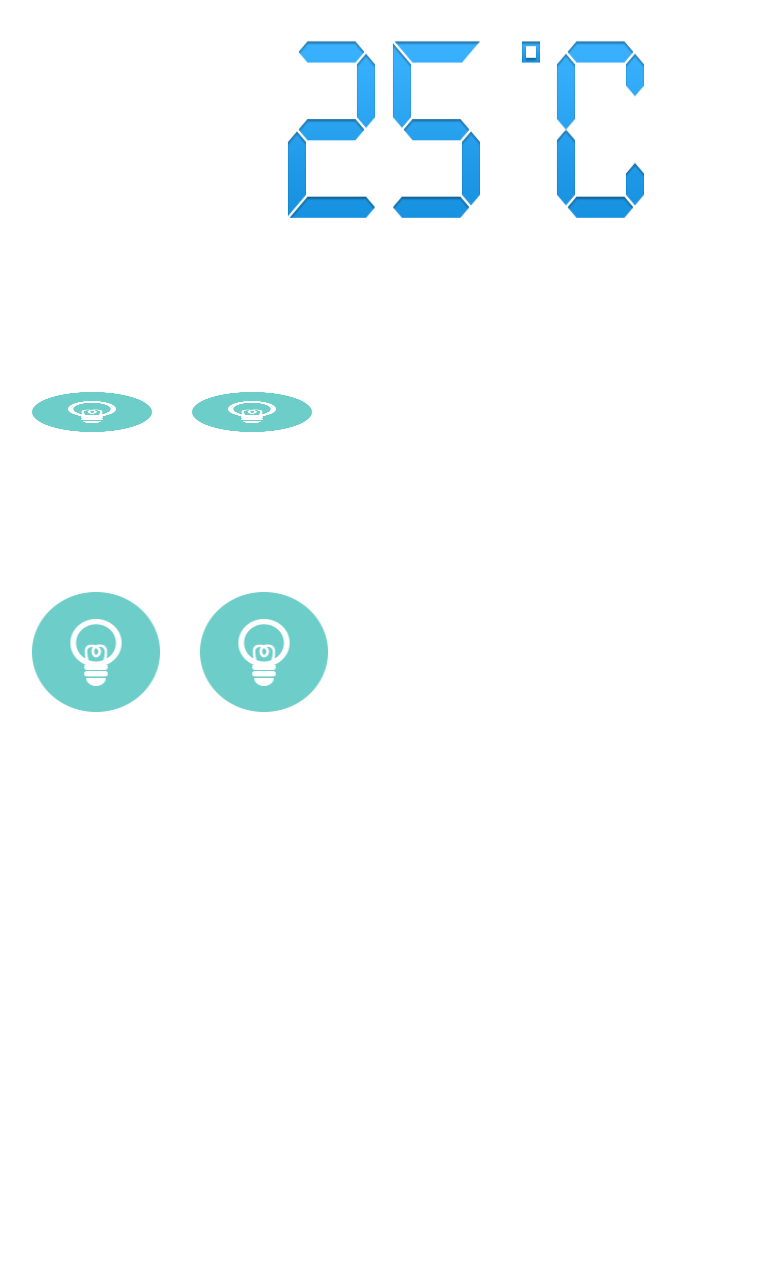
Repository: MyungSinKim/mqtt-demo
Layout: cloud2-demo/res/layout/main.xml
An editor plug-in stored every save of this project. The layout is shown before and after the next save, followed by the edit.
It is drawn on a 768 x 1280 px phone screen (xhdpi) without system bars, with theme AppTheme; the app's code is not run.

Above is the layout before, as saved 2015-11-02 05:09:24.

### cloud2-demo/res/layout/main.xml
<RelativeLayout xmlns:android="http://schemas.android.com/apk/res/android"
    android:layout_width="match_parent"
    android:layout_height="match_parent"
    android:layout_gravity="center_horizontal"
    android:paddingBottom="@dimen/activity_vertical_margin"
    android:paddingLeft="@dimen/activity_horizontal_margin"
    android:paddingRight="@dimen/activity_horizontal_margin"
    android:paddingTop="@dimen/activity_vertical_margin" >

    <RelativeLayout
        android:id="@+id/rl1"
        android:layout_width="match_parent"
        android:layout_height="100dp" >

        <ImageView
            android:id="@+id/temperture_iv"
            android:layout_width="wrap_content"
            android:layout_height="100dp"
            android:layout_centerHorizontal="true"
            android:background="@drawable/num_25" />

        <ImageView
            android:id="@+id/temperture_unit_iv"
            android:layout_width="wrap_content"
            android:layout_height="100dp"
            android:layout_marginLeft="10dp"
            android:layout_toRightOf="@id/temperture_iv"
            android:background="@drawable/air_du" />
    </RelativeLayout>

    <RelativeLayout
        android:id="@+id/rl2"
        android:layout_width="match_parent"
        android:layout_height="100dp"
        android:layout_below="@+id/rl1" >

        <ImageView
            android:id="@+id/light_1_iv"
            android:layout_width="wrap_content"
            android:layout_height="wrap_content"
            android:layout_marginTop="80dp"
            android:background="@drawable/light_off"
            android:tag="off" />

        <ImageView
            android:id="@+id/light_2_iv"
            android:layout_width="wrap_content"
            android:layout_height="wrap_content"
            android:layout_alignTop="@+id/light_1_iv"
            android:layout_marginLeft="20dp"
            android:layout_toRightOf="@id/light_1_iv"
            android:background="@drawable/light_off"
            android:tag="off" />
    </RelativeLayout>

    <Button
        android:id="@+id/imageButton1"
        android:layout_width="wrap_content"
        android:layout_height="wrap_content"
        android:layout_below="@+id/rl2"
        android:layout_marginTop="80dp"
        android:background="@drawable/light_off"
        android:tag="off" />

    <Button
        android:id="@+id/imageButton2"
        android:layout_width="wrap_content"
        android:layout_height="wrap_content"
        android:layout_alignTop="@+id/imageButton1"
        android:layout_below="@+id/rl2"
        android:layout_marginLeft="20dp"
        android:layout_toRightOf="@id/imageButton1"
        android:background="@drawable/light_off"
        android:tag="off" />

</RelativeLayout>

Loaded but not shown: cloud2-demo/res/values/styles.xml (common file); cloud2-demo/res/values-v11/styles.xml (common file); cloud2-demo/res/values-v14/styles.xml (common file); cloud2-demo/res/values/dimens.xml (common file)

After the next save:
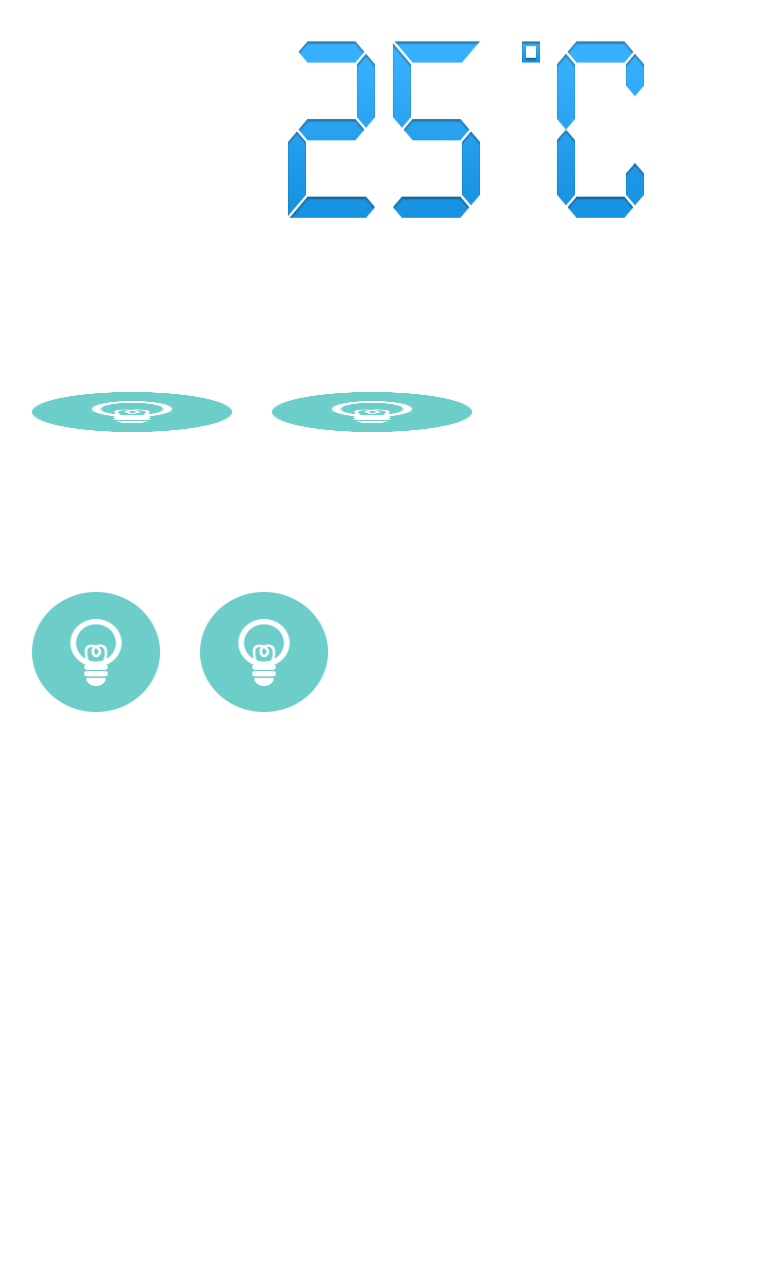
Saved 55 s later.
--- a/cloud2-demo/res/layout/main.xml
+++ b/cloud2-demo/res/layout/main.xml
@@ -36,16 +36,16 @@
 
         <ImageView
             android:id="@+id/light_1_iv"
-            android:layout_width="wrap_content"
-            android:layout_height="wrap_content"
+            android:layout_width="100dp"
+            android:layout_height="100dp"
             android:layout_marginTop="80dp"
             android:background="@drawable/light_off"
             android:tag="off" />
 
         <ImageView
             android:id="@+id/light_2_iv"
-            android:layout_width="wrap_content"
-            android:layout_height="wrap_content"
+            android:layout_width="100dp"
+            android:layout_height="100dp"
             android:layout_alignTop="@+id/light_1_iv"
             android:layout_marginLeft="20dp"
             android:layout_toRightOf="@id/light_1_iv"
